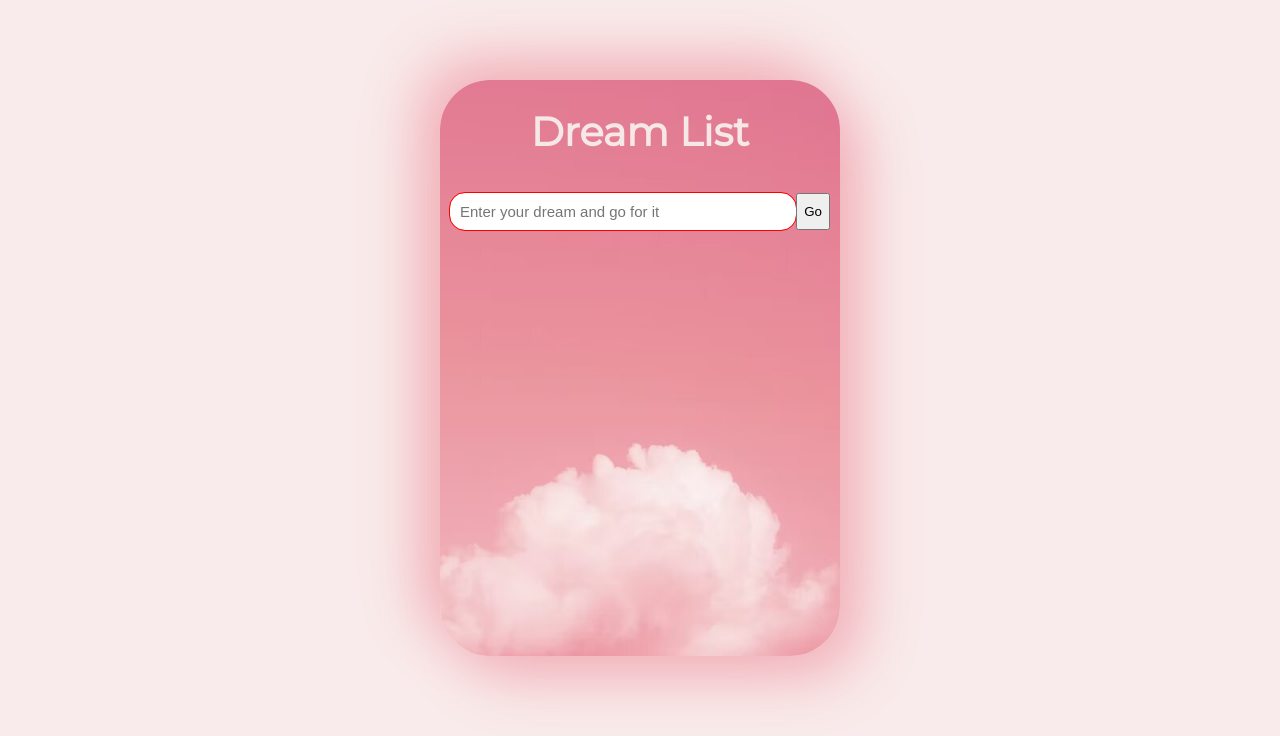
Repository: asya-aisa/grocery-list
Page: /
These files come from the project's save history. The page is drawn as it stood at one moment and after a run of saves; the edit follows.
The browser window is 1280 px wide. The pictures show the whole page.
The project was rebuilt for these pictures with package versions that can differ from the ones it lists, and the page was loaded fresh each time.

Above is the page before, as saved 2023-07-14 16:22:01.

After the next 4 saves:
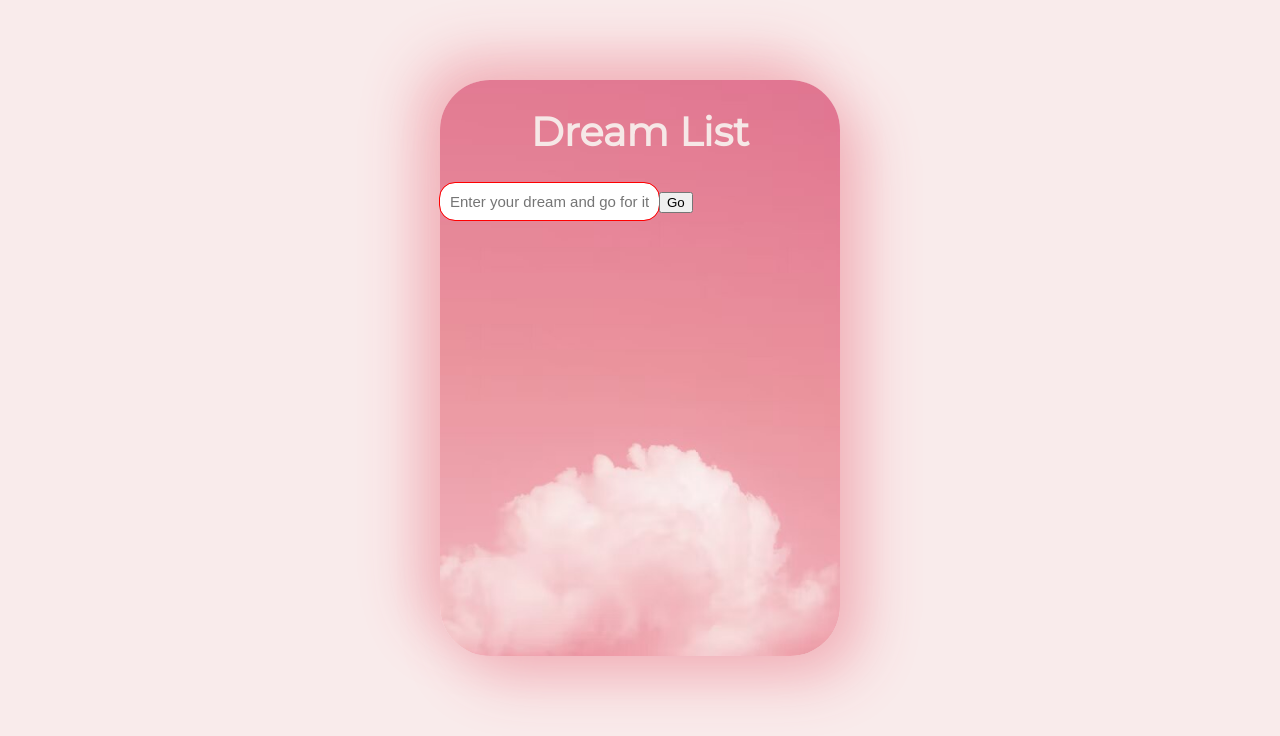
The 4 saves are shown as one change because they came seconds apart.
The last was saved 13 s later.
--- a/src/App.css
+++ b/src/App.css
@@ -32,6 +32,7 @@
   outline: red 1px solid;
 }
 
+input:focus
 
 
 .container-input {

After the 4 saves that followed:
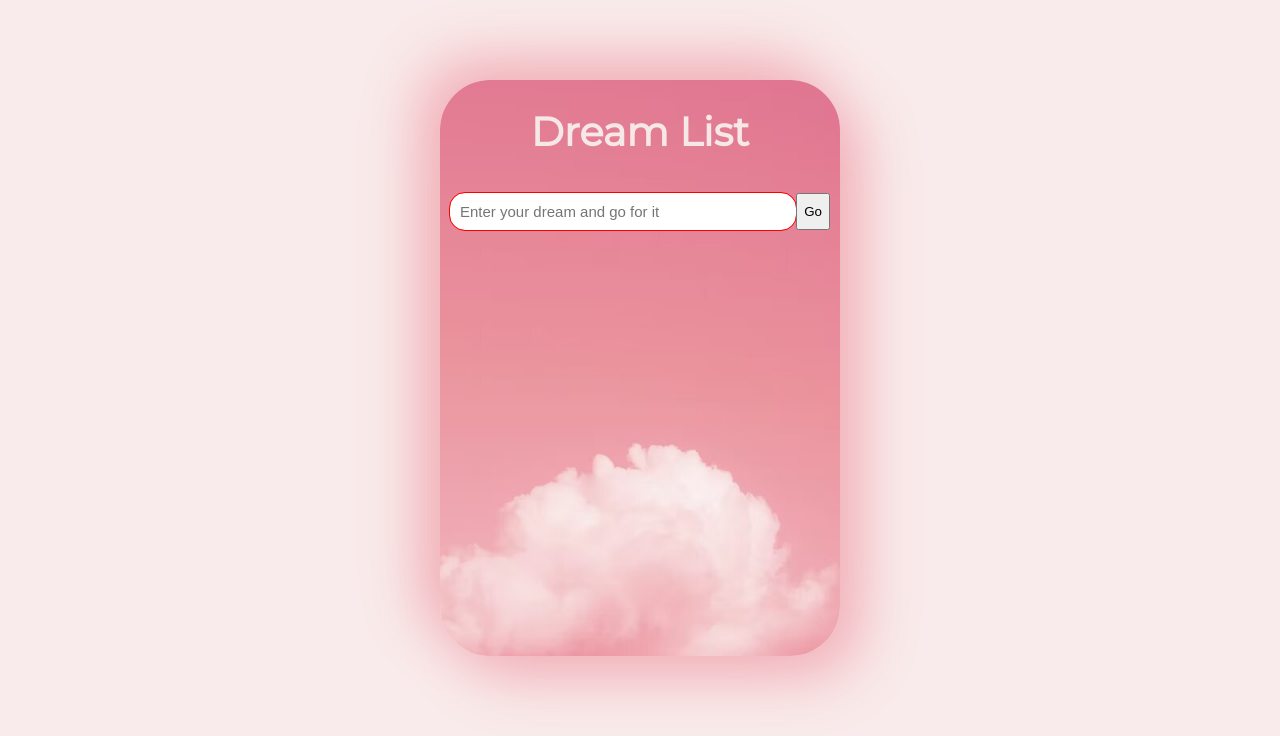
The 4 saves are shown as one change because they came seconds apart.
The last was saved 12 s later.
--- a/src/App.css
+++ b/src/App.css
@@ -32,7 +32,9 @@
   outline: red 1px solid;
 }
 
-input:focus
+input:focus {
+  border-color: #f1b0b8;
+}
 
 
 .container-input {
